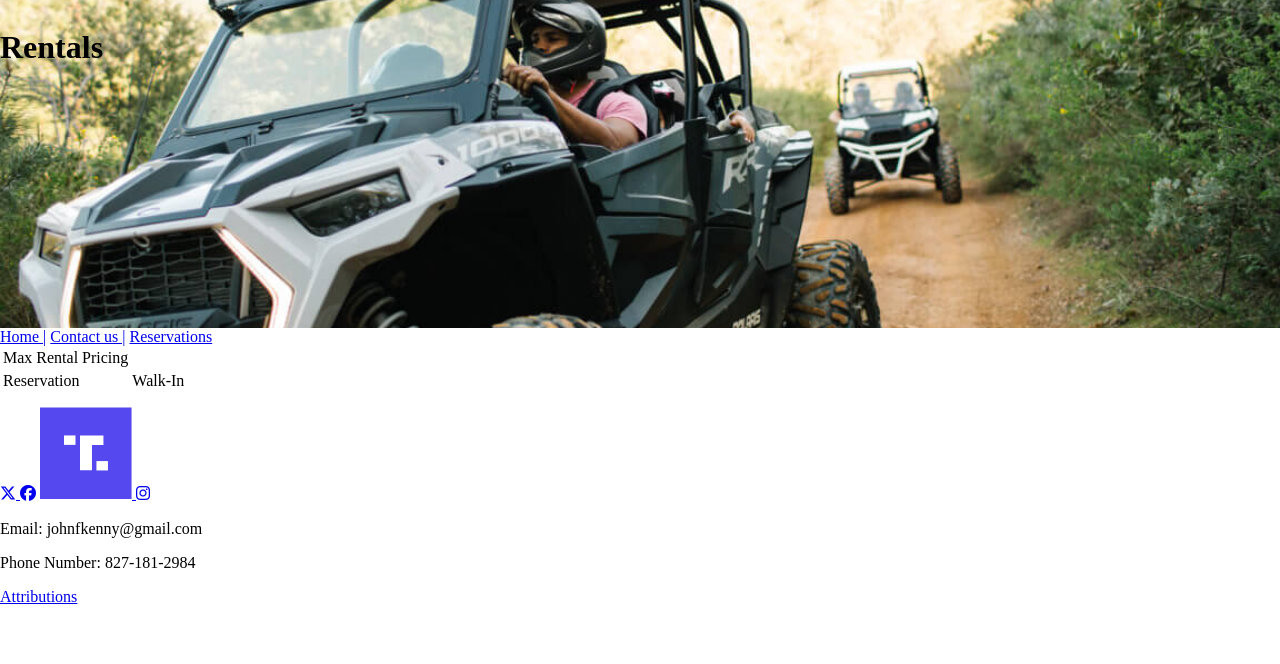
Repository: nak97/WDD230
Page: scoots/rentals-page/rentals-page.html
An editor plug-in stored every save of this project. The page is shown before and after the next save, followed by the edit.
The browser window is 1280 px wide. The pictures show the whole page.
Some web libraries are served in a nearby version.

Above is the page before, as saved 2023-12-10 18:01:57.

### scoots/rentals-page/rentals-page.html
<!DOCTYPE html>
<html lang="en">
<head>
  <meta charset="UTF-8">
  <meta name="viewport" content="width=device-width, initial-scale=1.0">
  <title>Nick Keen - WDD 230 - Web Frontend Development</title>
  <meta name="description" content="WDD 230 - Nicholas Keen  - Web Frontend Final Project">
  <meta name="author" content="Nicholas Keen">
  <meta property="og:title" content="facebook"/>
  <meta property="og:type" content="website" />
  <meta property="og:url" content="facebook.com" />
  <meta property="og:image" content="images/facebook-meta-tag-pic.png" />
  <link rel="stylesheet" href="styles/base.css">
  <link rel="stylesheet" href="styles/media.css">
  <link rel="stylesheet" href="styles/normalize.css">
</head>
<body>

  <header>
<h1>Rentals</h1>
  </header>

  <nav>
<a href="../home-page/home.html">Home |</a>
<a href="../contact/contact.html">Contact us |</a>
<a href="../reservations/reservations.html">Reservations</a>
  </nav>

  <main>
    <table>
      <tbody>
        <tr> <td>  Max Rental Pricing</td></tr>
        <tr>
          <td> Reservation</td>
          <td>  Walk-In </td>
      </tr>
        <tr></tr>
        <tr></tr>
        <tr></tr>
        <tr></tr>
        <tr></tr>
        <tr></tr>
        <tr></tr>






      </tbody>





    </table>






















  </main>





<footer>

  <a href="https://twitter.com/" target="_blank" > <i class="fa-brands fa-x-twitter"></i> </a>
  <a href="https://www.facebook.com" target="_blank"><i class="fa-brands fa-facebook"></i></a>
  <a href="https://truthsocial.com/" target="_blank"> <img class="truth-social-icon" src="images/truth-social.svg" alt="truth social"> </a>
  <a href="https://www.instagram.com/" target="_blank"><i class="fa-brands fa-instagram"></i></a>

<section class="info">
<p>Email: johnfkenny@gmail.com</p>
<p>Phone Number: 827-181-2984</p>
<a href="attributions.html" target="_blank">Attributions</a>
</section>


</footer>




<script src="https://kit.fontawesome.com/615002bc5f.js" crossorigin="anonymous"></script>
</body>


</html>

### scoots/rentals-page/styles/base.css
header {
  background-image: url(../images/OHV-SEO-1152x768.jpg);
  background-repeat: no-repeat;
  height: 20rem;
  background-position: 10% 67%;
  background-size: cover;
  margin-top: 0 ;
  padding-top: 0.5rem;
}

Loaded but not shown: scoots/rentals-page/styles/normalize.css (library); scoots/rentals-page/styles/media.css (no stored copy; drawn as an empty file)

After the next save:
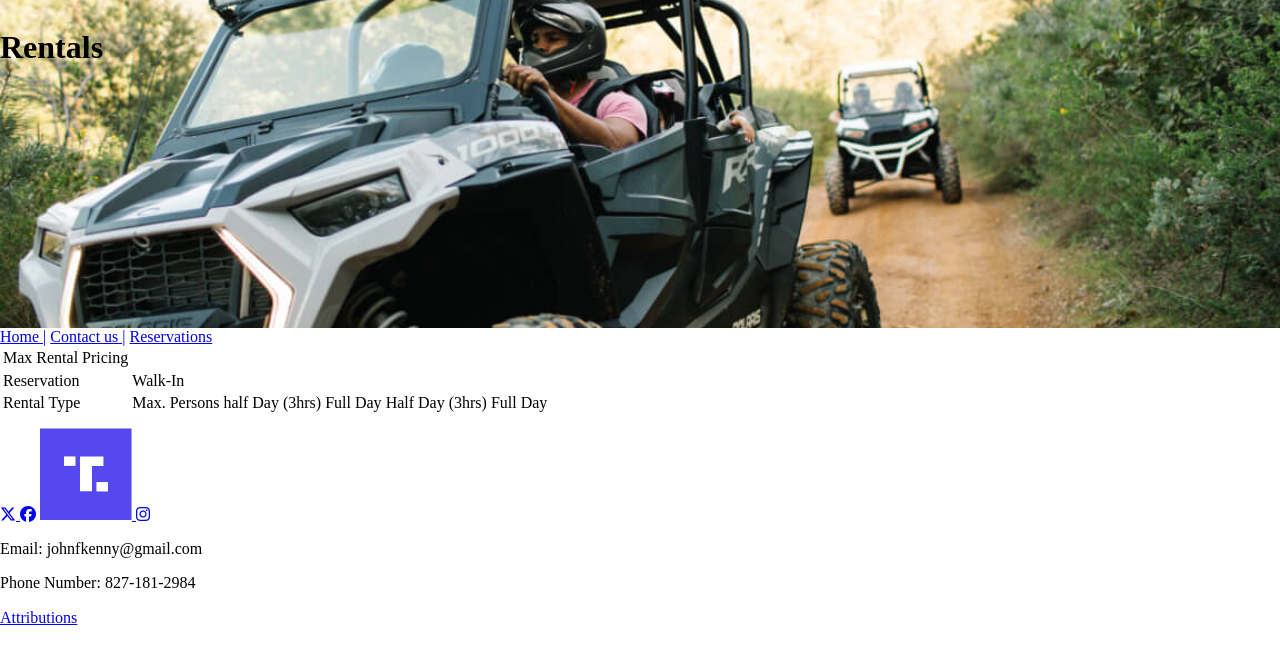
Saved 98 s later.
--- a/scoots/rentals-page/rentals-page.html
+++ b/scoots/rentals-page/rentals-page.html
@@ -34,7 +34,14 @@
           <td> Reservation</td>
           <td>  Walk-In </td>
       </tr>
-        <tr></tr>
+        <tr>
+        <td>Rental Type</td>
+        <td>Max. Persons</td>
+        <td>half Day (3hrs)</td>
+        <td>Full Day</td>
+        <td>Half Day (3hrs)</td>
+        <td>Full Day</td>
+      </tr>
         <tr></tr>
         <tr></tr>
         <tr></tr>
